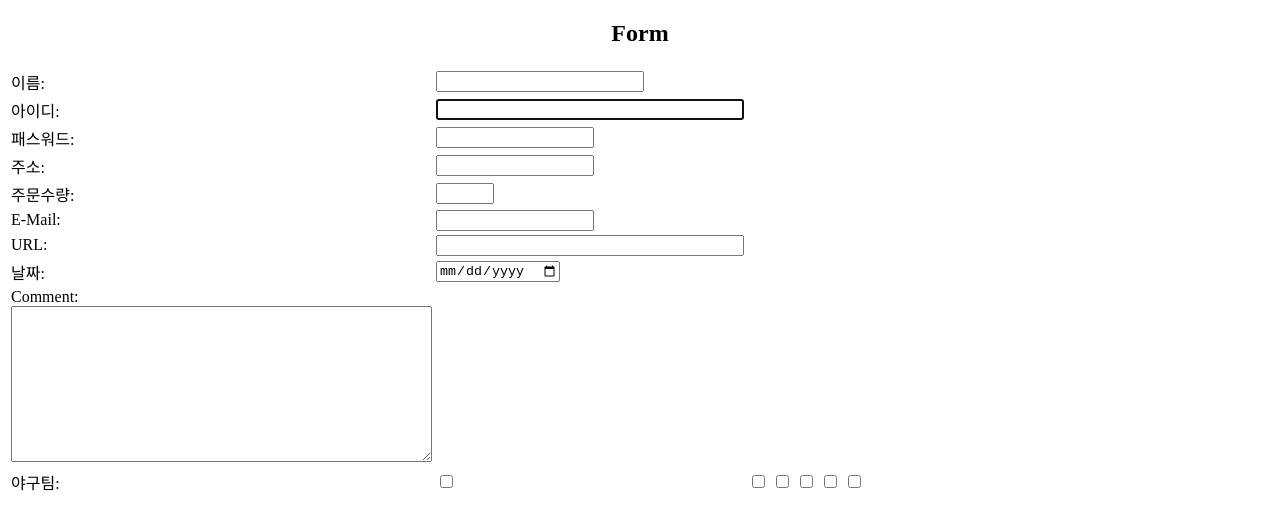
Repository: gyujin91/JSP
Page: web01/src/main/webapp/form.html
An editor plug-in stored every save of this project. The page is shown before and after the next save, followed by the edit.
The browser window is 1280 px wide. The pictures show the whole page.

Above is the page before, as saved 2022-04-22 05:46:52.

After the next save:
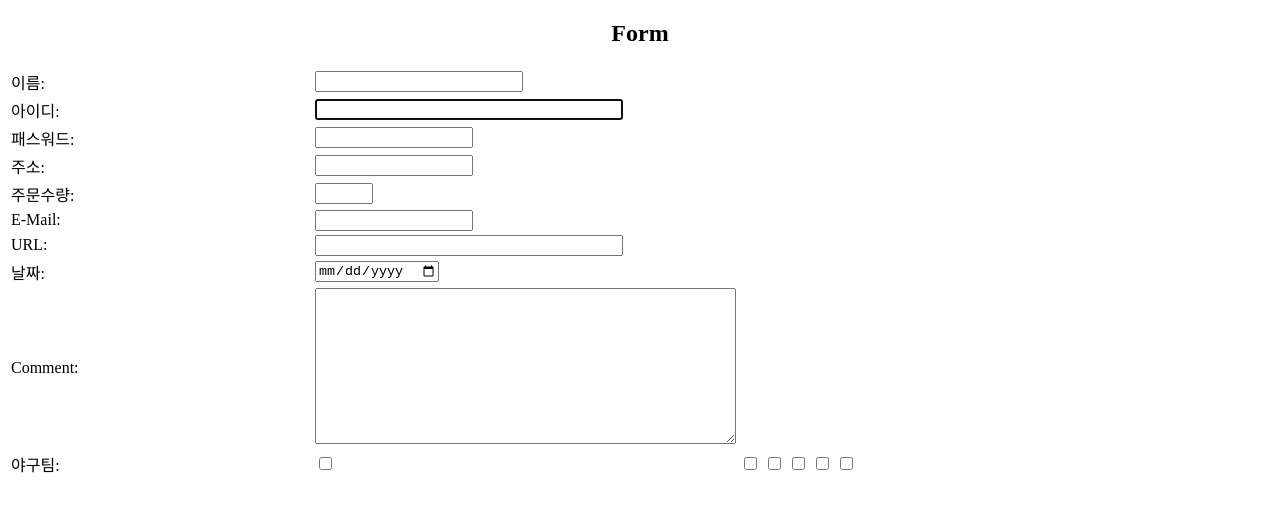
Saved 23 s later.
--- a/web01/src/main/webapp/form.html
+++ b/web01/src/main/webapp/form.html
@@ -55,7 +55,7 @@
             </tr>
             <tr>
             	<td class="td1">Comment:
-            	<textarea rows="10" cols="50" name="comment"></textarea>
+            	<td><textarea rows="10" cols="50" name="comment"></textarea></td>
             </tr>
             <tr>
             	<td class="td1">야구팀:
